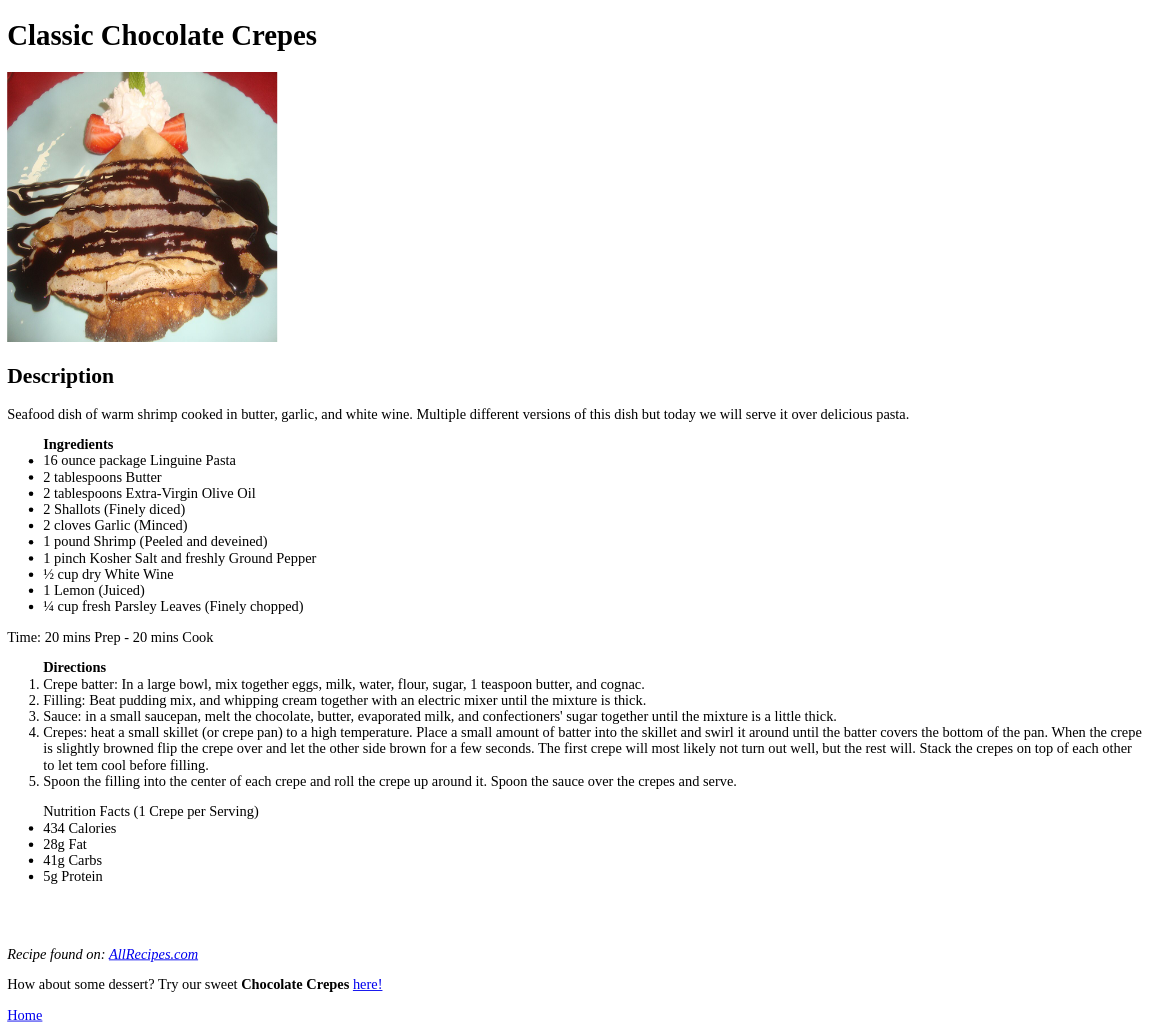
Repository: Mervens/odin-recipes
Page: recipes/pasta.html
These files come from the project's save history. The page is drawn as it stood at one moment and after the next save; the edit follows.
The browser window is 1280 px wide. The pictures show the whole page, at 90% of full size.

Above is the page before, as saved 2025-06-18 11:53:47.

### recipes/pasta.html
<!DOCTYPE html>

<html lang="en">

<head>
    <meta charset="UTF-8">
    <title>Chocolate Crepe Recipe | Odin Recipes</title>
</head>

<body>
    <h1>Classic Chocolate Crepes</h1>

    <img src="../recipes/images/Chocolate Image.png"
        alt="Photo of Chocolate Crepe. Image found on Wikipedia - linked in ReadME." height=300 width=300>
    <h2>Description</h2>
    <p>Seafood dish of warm shrimp cooked in butter, garlic, and white wine. Multiple different versions of this dish
        but today we will serve it over delicious pasta.</p>
    <ul><strong>Ingredients</strong>
        <li>16 ounce package Linguine Pasta</li>
        <li>2 tablespoons Butter</li>
        <li>2 tablespoons Extra-Virgin Olive Oil</li>
        <li>2 Shallots (Finely diced)</li>
        <li>2 cloves Garlic (Minced)</li>
        <li>1 pound Shrimp (Peeled and deveined)</li>
        <li>1 pinch Kosher Salt and freshly Ground Pepper</li>
        <li>½ cup dry White Wine</li>
        <li>1 Lemon (Juiced)</li>
        <li>¼ cup fresh Parsley Leaves (Finely chopped)</li>
    </ul>
    <p>Time: 20 mins Prep - 20 mins Cook</p>
    <ol><strong>Directions</strong>
        <li>Crepe batter: In a large bowl, mix together eggs, milk, water, flour, sugar, 1 teaspoon butter, and
            cognac.
        </li>
        <li>Filling: Beat pudding mix, and whipping cream together with an electric mixer until the mixture is
            thick.
        </li>
        <li>Sauce: in a small saucepan, melt the chocolate, butter, evaporated milk, and confectioners' sugar
            together
            until the mixture is a little thick.</li>
        <li>Crepes: heat a small skillet (or crepe pan) to a high temperature. Place a small amount of batter into
            the
            skillet and swirl it around until the batter covers the bottom of the pan. When the crepe is slightly
            browned flip the crepe over and let the other side brown for a few seconds. The first crepe will most
            likely
            not turn out well, but the rest will. Stack the crepes on top of each other to let tem cool before
            filling.
        </li>
        <li>Spoon the filling into the center of each crepe and roll the crepe up around it. Spoon the sauce over
            the
            crepes and serve.</li>
    </ol>
    <ul>
        Nutrition Facts (1 Crepe per Serving)
        <li>434 Calories</li>
        <li>28g Fat</li>
        <li>41g Carbs</li>
        <li>5g Protein</li>
    </ul>
    <br>
    <br>

    <p><em>Recipe found on:
            <a href="https://www.allrecipes.com/recipe/229960/shrimp-scampi-with-pasta/">AllRecipes.com</em>
    </p>
    </a>
    <p>How about some dessert? Try our sweet <strong>Chocolate Crepes </strong><a href="../recipes/crepe.html">here!</a>
    </p>
    <a href="../index.html">Home</a>

</body>

</html>

After the next save:
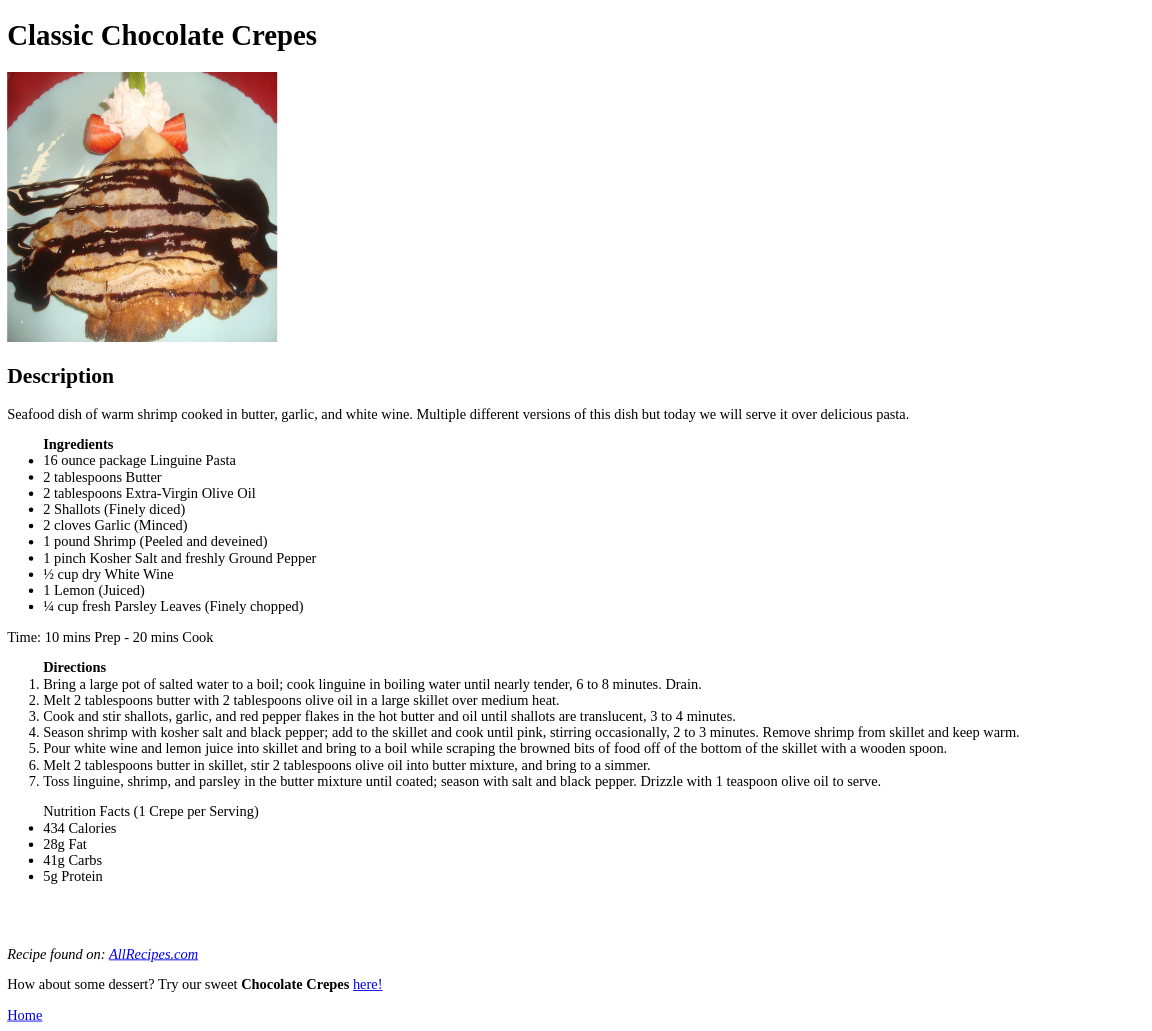
Saved 3 min 8 s later.
--- a/recipes/pasta.html
+++ b/recipes/pasta.html
@@ -27,28 +27,24 @@
         <li>1 Lemon (Juiced)</li>
         <li>¼ cup fresh Parsley Leaves (Finely chopped)</li>
     </ul>
-    <p>Time: 20 mins Prep - 20 mins Cook</p>
+    <p>Time: 10 mins Prep - 20 mins Cook</p>
     <ol><strong>Directions</strong>
-        <li>Crepe batter: In a large bowl, mix together eggs, milk, water, flour, sugar, 1 teaspoon butter, and
-            cognac.
+        <li>Bring a large pot of salted water to a boil; cook linguine in boiling water until nearly tender, 6 to 8
+            minutes. Drain.
         </li>
-        <li>Filling: Beat pudding mix, and whipping cream together with an electric mixer until the mixture is
-            thick.
+        <li>Melt 2 tablespoons butter with 2 tablespoons olive oil in a large skillet over medium heat.
         </li>
-        <li>Sauce: in a small saucepan, melt the chocolate, butter, evaporated milk, and confectioners' sugar
-            together
-            until the mixture is a little thick.</li>
-        <li>Crepes: heat a small skillet (or crepe pan) to a high temperature. Place a small amount of batter into
-            the
-            skillet and swirl it around until the batter covers the bottom of the pan. When the crepe is slightly
-            browned flip the crepe over and let the other side brown for a few seconds. The first crepe will most
-            likely
-            not turn out well, but the rest will. Stack the crepes on top of each other to let tem cool before
-            filling.
+        <li>Cook and stir shallots, garlic, and red pepper flakes in the hot butter and oil until shallots are
+            translucent, 3 to 4 minutes.</li>
+        <li>Season shrimp with kosher salt and black pepper; add to the skillet and cook until pink, stirring
+            occasionally, 2 to 3 minutes. Remove shrimp from skillet and keep warm.
         </li>
-        <li>Spoon the filling into the center of each crepe and roll the crepe up around it. Spoon the sauce over
-            the
-            crepes and serve.</li>
+        <li>Pour white wine and lemon juice into skillet and bring to a boil while scraping the browned bits of food off
+            of the bottom of the skillet with a wooden spoon.</li>
+        <li>Melt 2 tablespoons butter in skillet, stir 2 tablespoons olive oil into butter mixture, and bring to a
+            simmer.</li>
+        <li>Toss linguine, shrimp, and parsley in the butter mixture until coated; season with salt and black pepper.
+            Drizzle with 1 teaspoon olive oil to serve.</li>
     </ol>
     <ul>
         Nutrition Facts (1 Crepe per Serving)
